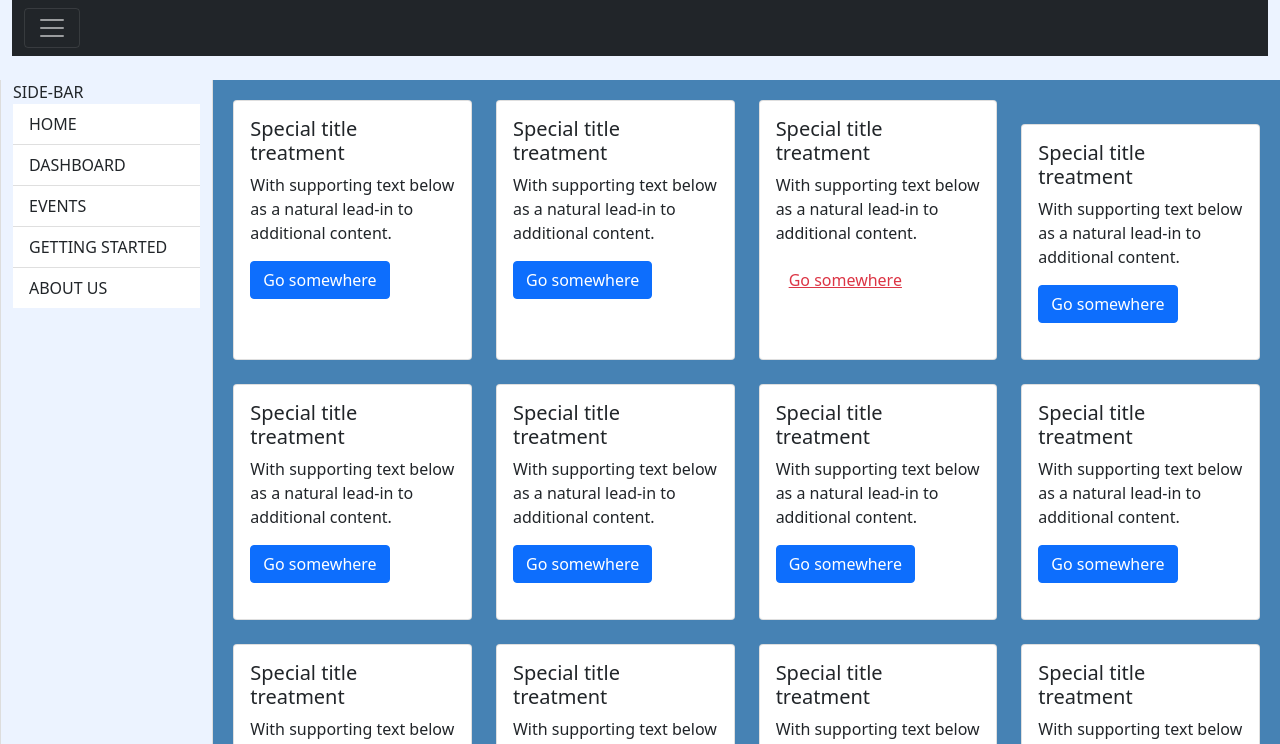
Repository: Dayvid0/BOOTSTRAP-TUTORIALS
Page: cosmos.example.html
These files come from the project's save history. The page is drawn as it stood at one moment and after the next save; the edit follows.
The browser window is 1280 px wide. The pictures show the whole page.
An inner scrolling area shows only its first screen.

Above is the page before, as saved 2025-01-29 12:34:11.

After the next save:
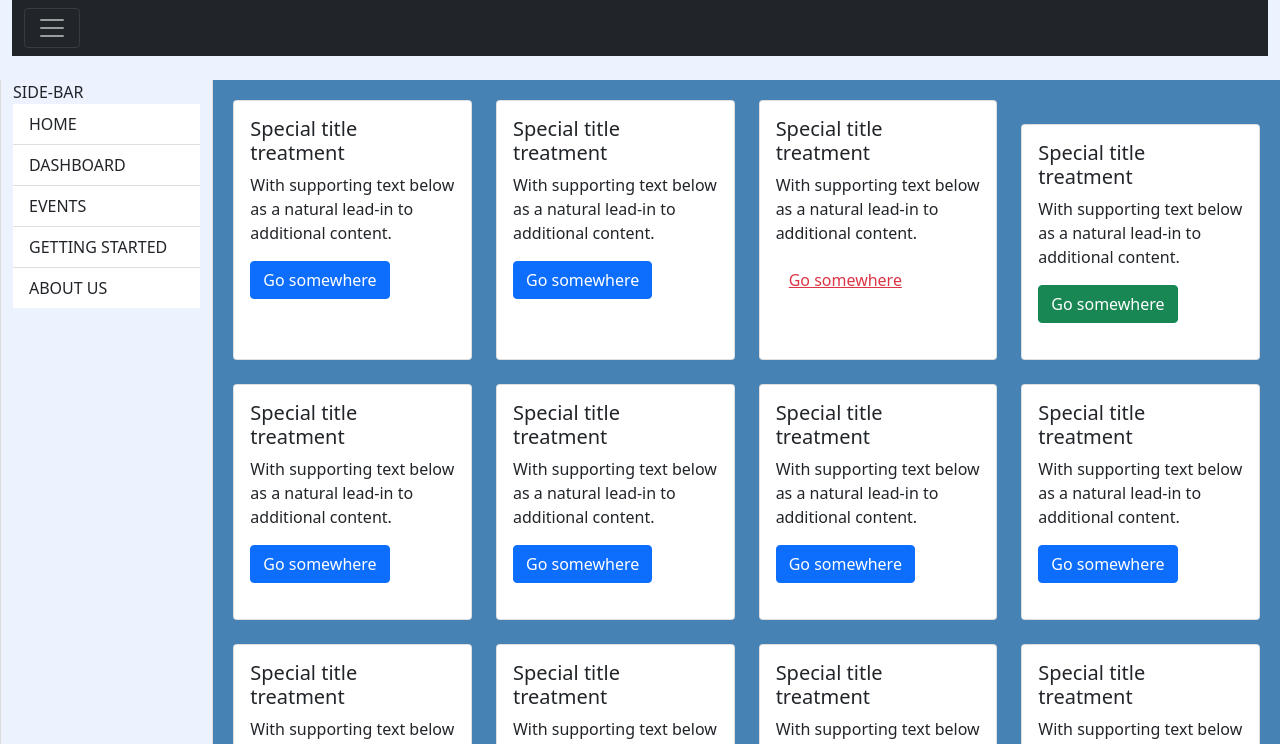
Saved 45 s later.
--- a/cosmos.example.html
+++ b/cosmos.example.html
@@ -102,7 +102,7 @@
                 <div class="card-body">
                   <h5 class="card-title">Special title treatment</h5>
                   <p class="card-text">With supporting text below as a natural lead-in to additional content.</p>
-                  <a href="#" class="btn btn-primary">Go somewhere</a>
+                  <a href="#" class="btn btn-success">Go somewhere</a>
                 </div>
               </div>
             </div>
